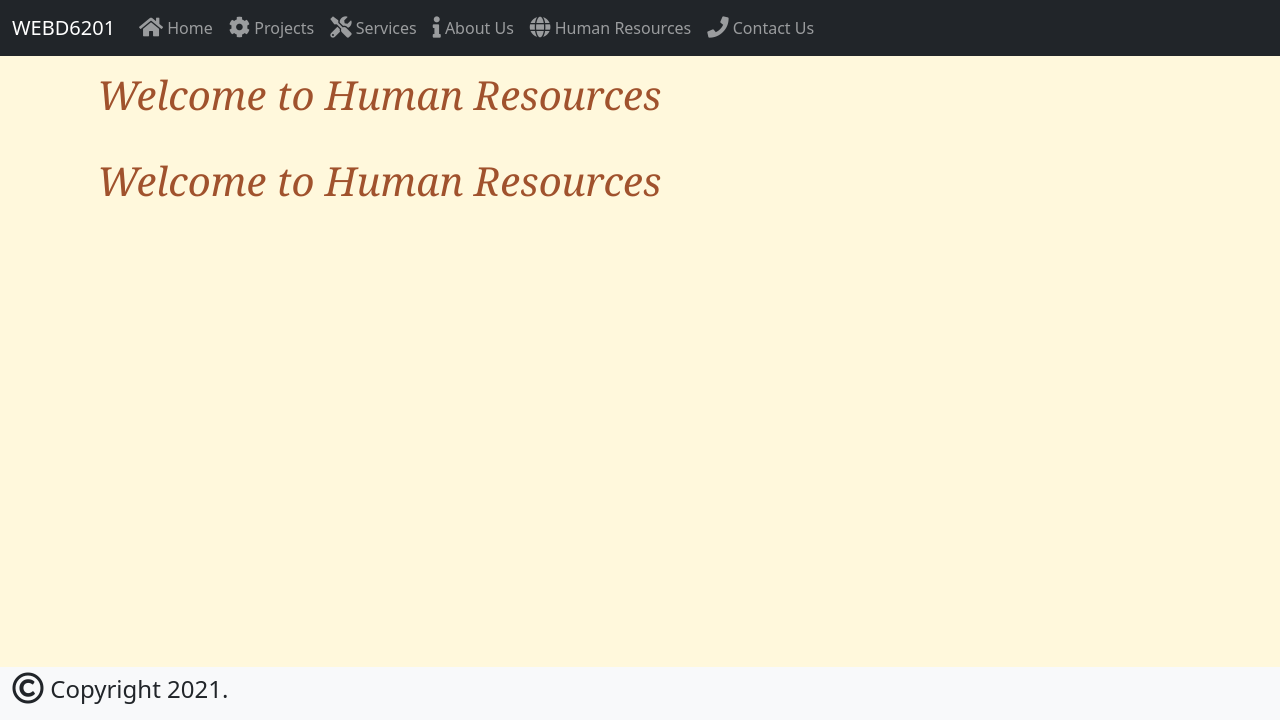
Repository: YiuWingLau/WEBD6201-W2021-Lab1
Page: human-resources.html
These files come from the project's save history. The page is drawn as it stood at one moment and after the next save; the edit follows.
The browser window is 1280 px wide. The pictures show the whole page.

Above is the page before, as saved 2021-02-05 00:54:59.

### human-resources.html
<!DOCTYPE html>
<html lang="en">
<head>
    <meta charset="UTF-8">
    <meta name="viewport" content="width=device-width, initial-scale=1.0">
    <title>Human Resources</title>

    <!--CSS Section -->
    <link rel="stylesheet" href="./node_modules/bootstrap/dist/css/bootstrap.min.css">
    <link rel="stylesheet" href="./node_modules/@fortawesome//fontawesome-free/css/all.min.css">
    <link rel="stylesheet" href="./Content/app.css">
</head>
<body>
    <!-- Main Header-->
    <header>
      <!-- Main Navigation-->
        <nav class="navbar navbar-expand-lg navbar-dark bg-dark">
            <div class="container-fluid">
              <a class="navbar-brand" href="index.html">WEBD6201</a>
              <button class="navbar-toggler" type="button" data-bs-toggle="collapse" data-bs-target="#navbarSupportedContent" aria-controls="navbarSupportedContent" aria-expanded="false" aria-label="Toggle navigation">
                <span class="navbar-toggler-icon"></span>
              </button>
              <div class="collapse navbar-collapse" id="navbarSupportedContent">
                <ul class="navbar-nav me-auto mb-2 mb-lg-0">

                    <li id="navBarIndex" class="nav-item">
                        <a class="nav-link" aria-current="page" href="index.html"><i class="fas fa-home fa-lg"></i> Home</a>
                      </li>

                      <li id="navBarProjects" class="nav-item">
                        <a class="nav-link" aria-current="page" href="products.html"><i class="fas fa-cog fa-lg"></i> Products</a>
                      </li>

                      <li id="navBarServices" class="nav-item">
                        <a class="nav-link" aria-current="page" href="services.html"><i class="fas fa-tools fa-lg"></i> Services</a>
                      </li>

                      <li id="navBarAboutUs" class="nav-item">
                        <a class="nav-link" aria-current="page" href="about.html"><i class="fas fa-info fa-lg"></i> About Us</a>
                      </li>

                      <li id="navBarContactUs" class="nav-item">
                        <a class="nav-link" aria-current="page" href="contact.html"><i class="fas fa-phone fa-lg"></i> Contact Us</a>
                      </li>

                </ul>
              </div>
            </div>
        </nav>
    </header>
    <!-- Main Content -->
    <main class="container">
        <h1>Welcome to Human Resources</h1>
    </main>
    <!-- Main Footer -->
    <footer>
        <nav class="navbar fixed-bottom navbar-light bg-light">
            <div class="container-fluid">
              <h4><i class="far fa-copyright fa-lg"></i> Copyright 2021.</a></h4>
            </div>
        </nav>
    </footer>
    <!-- JavaScript Section -->
    <script src="./node_modules/jquery/dist/jquery.min.js"></script>
    <script src="./node_modules/bootstrap/dist/js/bootstrap.bundle.min.js"></script>
    <script src="./Scripts/app.js"></script>
</body>
</html>

### Content/app.css
h1 {
    padding: 15px;
    color: sienna;
    font-family: Cambria, Cochin, Georgia, Times, 'Times New Roman', serif;
    font-style: italic;
}

h3 {
    padding: 15px;
    color: darkgreen;
    font-family: Cambria, Cochin, Georgia, Times, 'Times New Roman', serif;
    font-style: italic;
    text-align: justify;
}

p {
    padding: 15px;
    color: blue;
    font-family:Cambria, Cochin, Georgia, Times, 'Times New Roman', serif;
    font-style: italic;
    font-size: 25px;
    text-align: justify;
}

body {
    background-color: cornsilk;
}

#homeImage {
    width: 1200px;
    height: 600px;
}

#myImage {
    width: 1200px;
    height: 600px;
}

#favImage {
    width: 350px;
    height: 250px;
}

### Scripts/app.js
/* custom JavaScript goes here */

//IIFE - Immediately Invoked Function Expression
//AKA - Anonymous Self-Executing Function
//Closure - limits scope leak

"use strict";

(function()
{
    function displayHome()
    {
      // create heading element
      let homeHeading = document.createElement("h1");
      // configure the element
      homeHeading.setAttribute("id", "homeHeading");
      homeHeading.textContent = "Welcome to WEBD6201";
      // select the parent element
      let mainContent = document.getElementsByTagName("main")[0];
      // Add / Insert the element
      mainContent.appendChild(homeHeading);

      // create the background image to the home page
      let homeBackground = document.createElement("img");
      homeBackground.setAttribute("id", "homeImage");
      homeBackground.setAttribute("src", "./images/homeBackground.jpg");
      homeBackground.setAttribute("alt", "Computer Programmer");
      mainContent.appendChild(homeBackground);

      // add paragraph to the home page
      let homeParagraph = document.createElement("p");
      homeParagraph.setAttribute("id", "homeParagraph");
      homeParagraph.textContent = "We provide the best programming service for you...";
      mainContent.appendChild(homeParagraph);
    }

    function displayAbout()
    {
      // add my picture to About Us page
      let myPicture = document.createElement("img");
      myPicture.setAttribute("id", "myImage");
      myPicture.setAttribute("src", "./images/nelson.jpg");
      myPicture.setAttribute("alt", "Nelson Lau");
      myPicture.setAttribute("width", "192");
      myPicture.setAttribute("height", "108");

      // add paragraph to the About Us page
      let ParagraphOne = document.createElement("p");
      ParagraphOne.setAttribute("id", "myIntro");
      ParagraphOne.textContent = "Hi, my name is Nelson Lau, I am a student of Durham Collage who study computer programming. I am learning various kinds of programming, web design and development, also I have a well knowledge on computer hardware.";
      let mainContent = document.getElementsByTagName("main")[0];
      mainContent.appendChild(myPicture);
      mainContent.appendChild(ParagraphOne);
      ParagraphOne.className = "fs-lg";

    }

    function displayProjects()
    {
      // create and add heading to Projects page
      let projectHeading = document.createElement("h1");
      projectHeading.setAttribute("id", "projectHeading");
      projectHeading.textContent = " My favourite projects";
      let mainContent = document.getElementsByTagName("main")[0];
      mainContent.appendChild(projectHeading);

      // create table for favorite projects details
      let project = document.createElement("table");
      project.setAttribute("id", "project");
      mainContent.appendChild(project);

      // create & insert 1st favorite project detail
      let projectOne = document.createElement("tr");
      projectOne.setAttribute("id", "projectOne");
      projectOne.innerHTML = `<td><img id="favImage" src="./images/hardware.jpg" alt="computer hardware"></td>
                              <td><h3> Computer System Hardware</h3><p> Through this project I learn how to identify and describe computer components and peripherals and how to build and troubleshoot systems from a hardware perspective. </p></td>`;
      project.appendChild(projectOne);

      // create & insert 2nd favorite project detail
      let projectTwo = document.createElement("tr");
      projectTwo.setAttribute("id", "projectTwo");
      projectTwo.innerHTML = `<td><img id="favImage" src="./images/mainframe.jpg" alt="mainframe development"></td>
                              <td><h3> Mainframe Development</h3><p> This project uses COBOL programming language for application programs and systems for Mainframe computing. It provides us with a foundation in problem analysis, program design and implementation that can be applied in a variety of programming situations and languages.</p></td>`;
      project.appendChild(projectTwo);

      // create & insert 2nd favorite project detail
      let projectThree = document.createElement("tr");
      projectThree.setAttribute("id", "projectThree");
      projectThree.innerHTML = `<td><img id="favImage" src="./images/networking.jpg" alt="computer networking"></td>
                                <td><h3> Web Development</h3><p> Created server-side web applications using the PHP scripting language and achieved database functionality with performing SQL queries running on the server.</p></td>`;
      project.appendChild(projectThree);
    }

    function displayHumanResources()
    {
      // create and add heading to Human Resources page
      let humanResHeading = document.createElement("h1");
      humanResHeading.setAttribute("id", "humanResHeading");
      humanResHeading.textContent = " Welcome to Human Resources";
      let mainContent = document.getElementsByTagName("main")[0];
      mainContent.appendChild(humanResHeading);
    }

    function displayServices()
    {
      // create and add heading to Services page
      let serviceHeading = document.createElement("h1");
      serviceHeading.setAttribute("id", "projectHeading");
      serviceHeading.textContent = " Our services";
      let mainContent = document.getElementsByTagName("main")[0];
      mainContent.appendChild(serviceHeading);

      // create favorite service element div tag
      let service = document.createElement("table");
      //service.setAttribute("class", "container");
      service.setAttribute("id", "service");
      mainContent.appendChild(service);

      // create & insert 1st favorite service detail
      let serviceOne = document.createElement("tr");
      //serviceOne.setAttribute("class", "row");
      serviceOne.setAttribute("id", "serviceOne");
      serviceOne.innerHTML = `<td><img id="favImage" src="./images/hardware.jpg" alt="computer hardware"></td>
                              <td><p> We have a great knowledge on assembling a computer. We will use the best hardware component to meet your needs. And we have the best team to provide maintenance service for you.</p></td>`;
      service.appendChild(serviceOne);

      // create & insert 2nd favorite service detail
      let serviceTwo = document.createElement("tr");
      //serviceTwo.setAttribute("class", "row");
      serviceTwo.setAttribute("id", "serviceTwo");
      serviceTwo.innerHTML = `<td><img id="favImage" src="./images/mainframe.jpg" alt="mainframe development"></td>
                              <td><p> We develop various kind of softwares for mainframe systems.</p></td>`;
      service.appendChild(serviceTwo);

      // create & insert 2nd favorite service detail
      let serviceThree = document.createElement("tr");
      //serviceThree.setAttribute("class", "row");
      serviceThree.setAttribute("id", "serviceThree");
      serviceThree.innerHTML = `<td><img id="favImage" src="./images/networking.jpg" alt="computer networking"></td>
                                <td><p> We can help with constructing network for your company. We are good at web design and development of web pages that fit your need.</p></td>`;
      service.appendChild(serviceThree);
    }

    function displayContact()
    {
        let messageArea = document.getElementById("messageArea");
        messageArea.hidden = true;

        // form validation
        let fullName = document.getElementById("fullName");
        fullName.addEventListener("blur", function() {
            if(fullName.value.length < 2)
            {
                fullName.focus();
                fullName.select();
                messageArea.hidden = false;
                messageArea.className = "alert alert-danger";
                messageArea.textContent = "Please enter an appropriate Name";
            }
            else
            {
                messageArea.removeAttribute("class");
                messageArea.hidden = true;
            }
        });

        // return to Home page when submit button is kick
        let sendButton = document.getElementById("sendButton");
        sendButton.addEventListener("click", function(event){

            window.location = "./index.html";

        });
    }

    // function to correct the wrong link and text content in navigation bar
    function changeNavBarName()
    {
        let navName = document.getElementById("navBarProjects");
        navName.innerHTML = `<a class='nav-link' aria-current='page' href='projects.html'><i class="fas fa-cog fa-lg"></i> Projects</a>`;
    }

    // function to add Human Resource element to Nav Bar between About Us and Contact Us
    function addNewNavBarElement()
    {
        //create new element Human Resources
        let newListElement = document.createElement("li");
        newListElement.setAttribute("id", "navBarHumanResources");
        newListElement.setAttribute("class", "nav-item");
        newListElement.innerHTML = `<a class='nav-link' aria-current='page' href='Human-Resources.html'><i class="fas fa-globe fa-lg"></i> Human Resources</a>`;
        // append new element after About Us
        let aboutUsListElement = document.getElementById("navBarAboutUs");
        aboutUsListElement.after(newListElement);
    }

    function Start()
    {
        console.log("App Started...");

        changeNavBarName();

        addNewNavBarElement();

        switch (document.title)
        {
          case "Home":
              displayHome();
            break;
          case "About":
              displayAbout();
            break;
          case "Projects":
              displayProjects();
            break;
          case "Human Resources":
              displayHumanResources();
            break;
          case "Services":
              displayServices();
            break;
          case "Contact":
              displayContact();
            break;
          case "Contact-List":
            displayContactList();
          break;
        }

    }

    window.addEventListener("load", Start);

})();

Loaded but not shown: node_modules/bootstrap/dist/css/bootstrap.min.css (library); node_modules/@fortawesome/fontawesome-free/css/all.min.css (library); node_modules/jquery/dist/jquery.min.js (library); node_modules/bootstrap/dist/js/bootstrap.bundle.min.js (library)

After the next save:
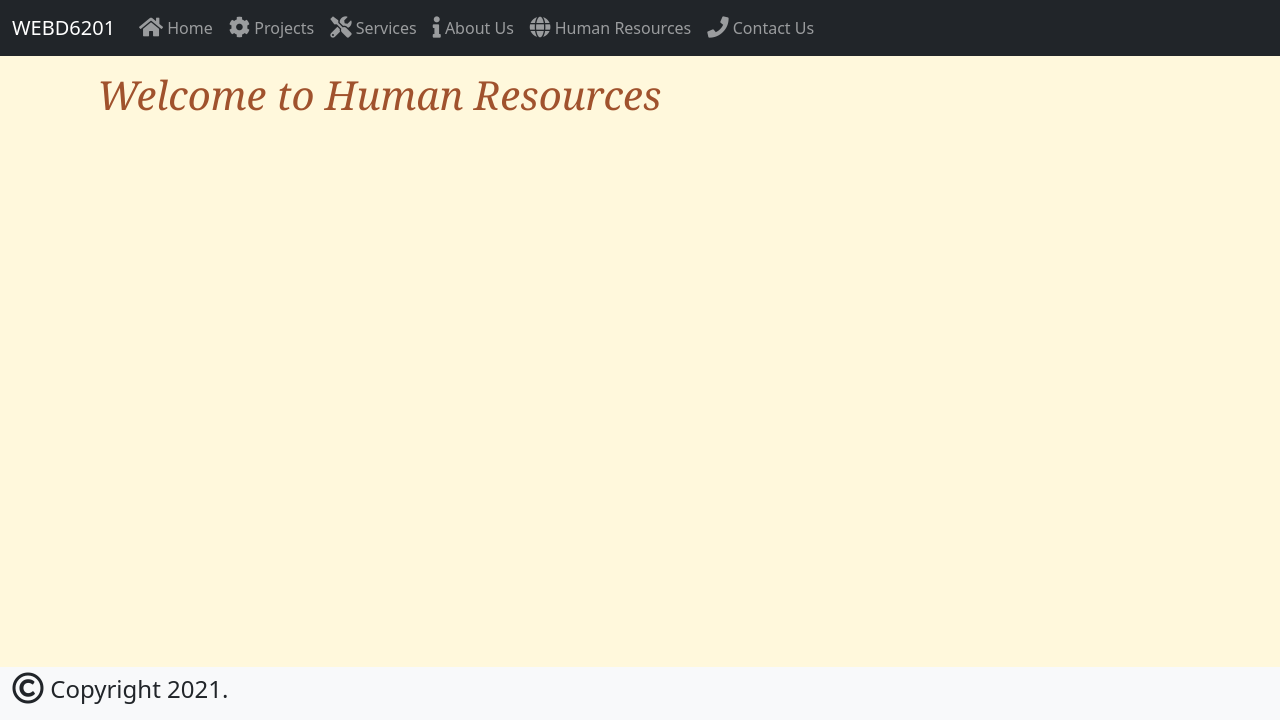
Saved 7 min 19 s later.
--- a/human-resources.html
+++ b/human-resources.html
@@ -50,7 +50,6 @@
     </header>
     <!-- Main Content -->
     <main class="container">
-        <h1>Welcome to Human Resources</h1>
     </main>
     <!-- Main Footer -->
     <footer>
